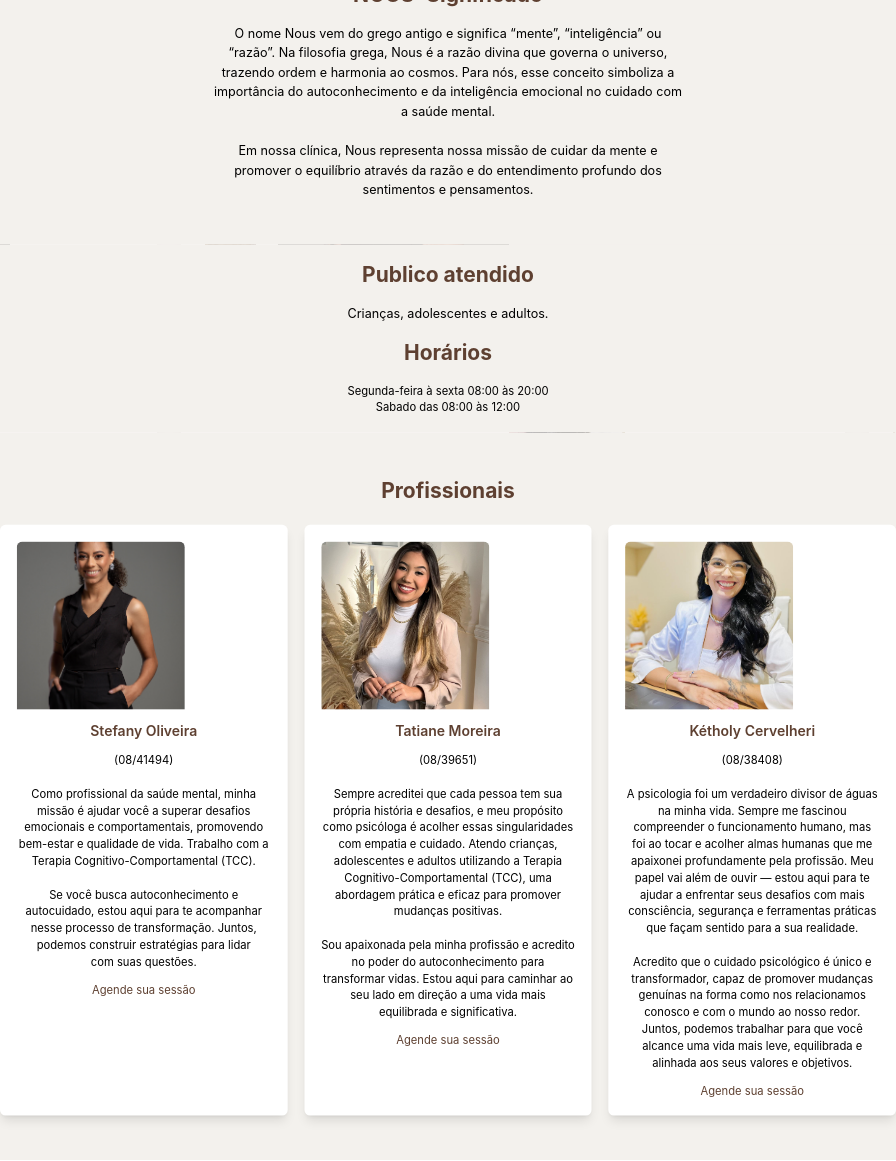
Repository: Mcervelheri/Nous
Page: /
These files come from the project's save history. The page is drawn as it stood at one moment and after the next save; the edit follows.
The browser window is 1280 px wide. The pictures show the part of the page from y = 874 to 2794 px (the page is 2532 px tall before and 2794 px after), at 70% of full size.
The project was rebuilt for these pictures with package versions that can differ from the ones it lists, and the page was loaded fresh each time. Also part of the build but not shown: vite.config.js.

Above is the page before, as saved 2025-02-19 22:53:05.

After the next save:
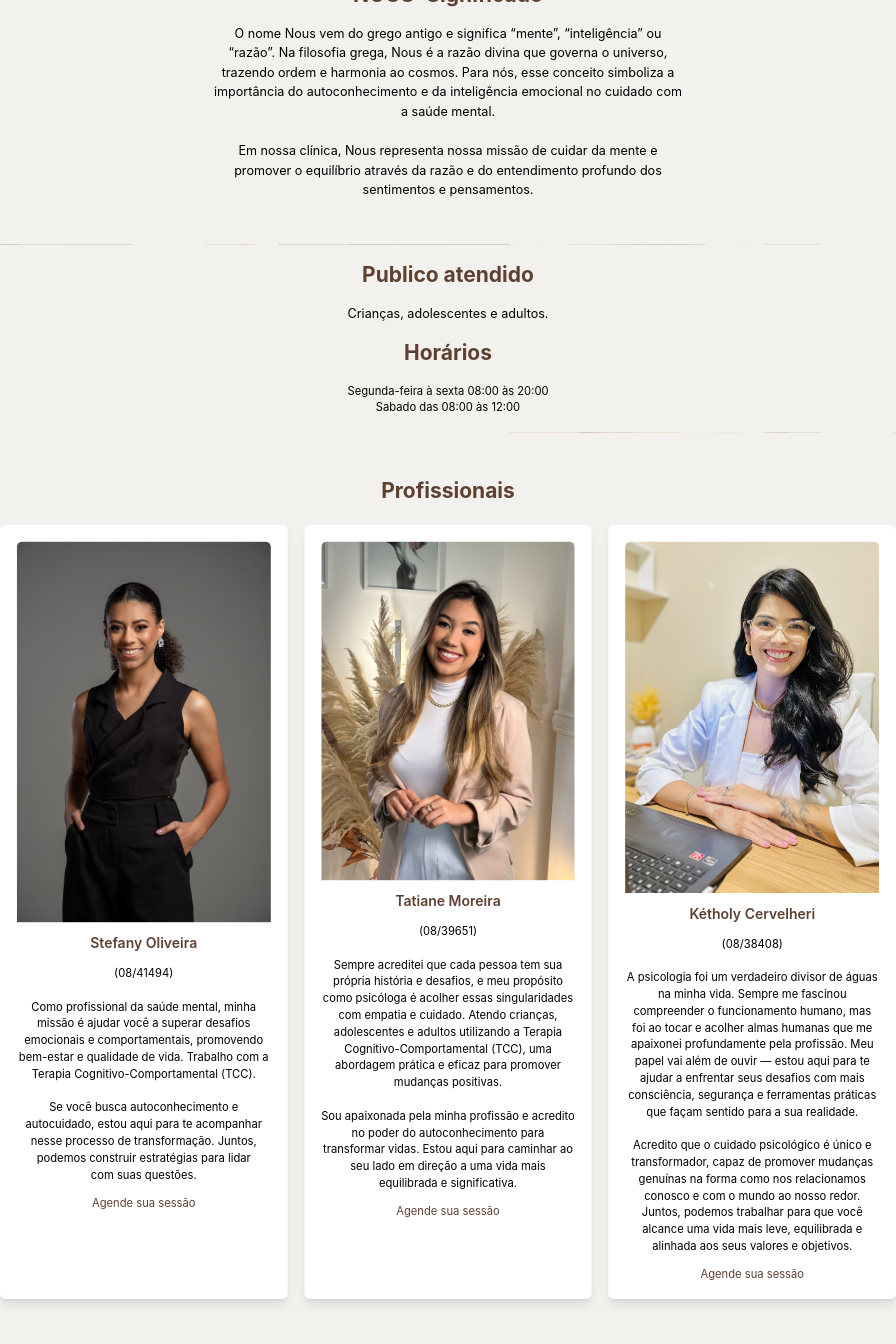
Saved 15 s later.
--- a/src/components/Professional.jsx
+++ b/src/components/Professional.jsx
@@ -3,7 +3,7 @@ import React from "react";
 const Professional = ({ img, name, crp, text1, text2 }) => {
   return (
     <div className="bg-white shadow-lg rounded-lg p-6">
-      <div className="w-60 h-60">
+      <div>
         <img
           src={img}
           alt={name}
